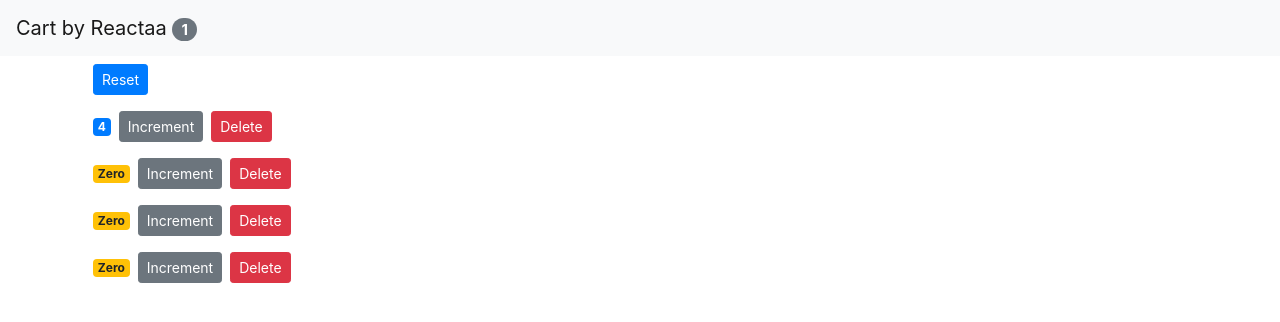
Repository: smk87/First-React-App
Page: /
These files come from the project's save history. The page is drawn as it stood at one moment and after the next save; the edit follows.
The browser window is 1280 px wide. The pictures show the whole page.
The project was rebuilt for these pictures with package versions that can differ from the ones it lists, and the page was loaded fresh each time. Also part of the build but not shown: src/App.css.

Above is the page before, as saved 2019-01-06 14:23:54.

### public/index.html
<!DOCTYPE html>
<html lang="en">
  <head>
    <meta charset="utf-8" />
    <link rel="shortcut icon" href="%PUBLIC_URL%/favicon.ico" />
    <meta
      name="viewport"
      content="width=device-width, initial-scale=1, shrink-to-fit=no"
    />
    <meta name="theme-color" content="#000000" />
    <!--
      manifest.json provides metadata used when your web app is added to the
      homescreen on Android. See https://developers.google.com/web/fundamentals/web-app-manifest/
    -->
    <link rel="manifest" href="%PUBLIC_URL%/manifest.json" />
    <!--
      Notice the use of %PUBLIC_URL% in the tags above.
      It will be replaced with the URL of the `public` folder during the build.
      Only files inside the `public` folder can be referenced from the HTML.

      Unlike "/favicon.ico" or "favicon.ico", "%PUBLIC_URL%/favicon.ico" will
      work correctly both with client-side routing and a non-root public URL.
      Learn how to configure a non-root public URL by running `npm run build`.
    -->
    <title>Cart by React</title>
  </head>
  <body>
    <noscript>You need to enable JavaScript to run this app.</noscript>
    <div id="root"></div>
    <!--
      This HTML file is a template.
      If you open it directly in the browser, you will see an empty page.

      You can add webfonts, meta tags, or analytics to this file.
      The build step will place the bundled scripts into the <body> tag.

      To begin the development, run `npm start` or `yarn start`.
      To create a production bundle, use `npm run build` or `yarn build`.
    -->
  </body>
</html>

### src/App.js
import React, { Component } from "react";
import logo from "./logo.svg";
import "./App.css";
import NavBar from "./components/navbar";
import Counters from "./components/counters";

class App extends Component {
  state = {
    counters: [
      { id: 1, value: 4 },
      { id: 2, value: 0 },
      { id: 3, value: 0 },
      { id: 4, value: 0 }
    ]
  };

  handleDelete = counterId => {
    const counters = this.state.counters.filter(c => c.id !== counterId);
    this.setState({ counters });
  };

  handleReset = () => {
    const reset = this.state.counters.map(c => {
      c.value = 0;
      return c;
    });
    this.setState({ reset });
  };

  handleIncrement = counter => {
    console.log(counter);

    const counters = [...this.state.counters];
    const index = counters.indexOf(counter);
    counters[index] = { ...counter };
    counters[index].value++;
    this.setState({ counters });
  };

  render() {
    return (
      <React.Fragment>
        <NavBar
          totalCounters={this.state.counters.filter(c => c.value > 0).length}
        />
        <main className="container">
          <Counters
            counters={this.state.counters}
            onReset={this.handleReset}
            onIncrement={this.handleIncrement}
            onDelete={this.handleDelete}
          />
        </main>
      </React.Fragment>
    );
  }
}

export default App;

### src/components/navbar.jsx
import React, { Component } from "react";

const NavBar = props => {
  return (
    <nav className="navbar navbar-light bg-light">
      <a className="navbar-brand" href="#">
        Cart by React{"aa "}
        <span className="badge badge-pill badge-secondary">
          {props.totalCounters}
        </span>
      </a>
    </nav>
  );
};

export default NavBar;

### src/components/counters.jsx
import React, { Component } from "react";
import Counter from "./counter";

class Counters extends Component {
  render() {
    const { onReset, counters, onDelete, onIncrement } = this.props;

    return (
      <div>
        <button onClick={onReset} className="btn btn-primary btn-sm m-2">
          Reset
        </button>

        {counters.map(counter => (
          <Counter
            onDelete={onDelete}
            onIncrement={onIncrement}
            key={counter.id}
            counter={counter}
          />
        ))}
      </div>
    );
  }
}

export default Counters;

### src/components/counter.jsx
import React, { Component } from "react";

class Counter extends Component {
  render() {
    return (
      <div>
        <span className={this.getBadgeClasses()}>{this.formatCount()}</span>
        <button
          onClick={() => this.props.onIncrement(this.props.counter)}
          className="btn btn-secondary btn-sm"
        >
          Increment
        </button>
        <button
          onClick={() => this.props.onDelete(this.props.counter.id)}
          className="btn btn-danger btn-sm m-2"
        >
          Delete
        </button>
      </div>
    );
  }

  getBadgeClasses() {
    let classes = "badge m-2 badge-";
    classes += this.props.counter.value === 0 ? "warning" : "primary";
    return classes;
  }

  formatCount() {
    const { value: count } = this.props.counter;
    return count === 0 ? "Zero" : count;
  }
}

export default Counter;

Loaded but not shown: src/index.js (common file); src/index.css (common file); src/serviceWorker.js (common file)

After the next save:
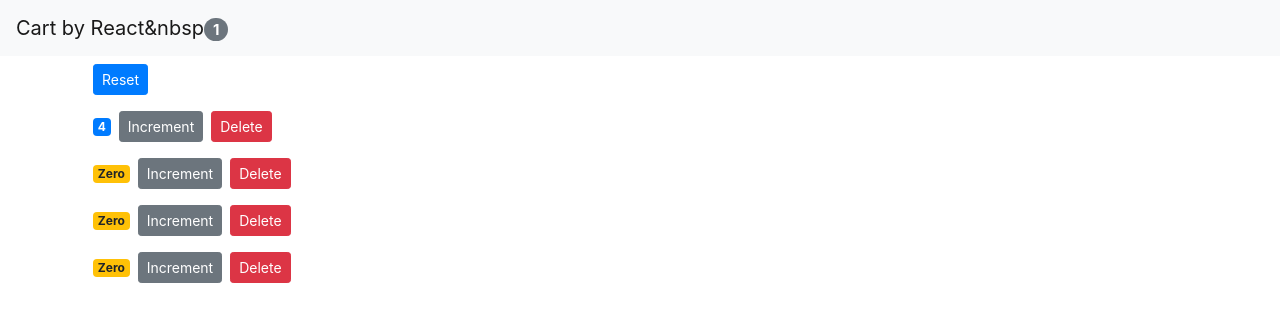
Saved 10 s later.
--- a/src/components/navbar.jsx
+++ b/src/components/navbar.jsx
@@ -4,7 +4,7 @@ const NavBar = props => {
   return (
     <nav className="navbar navbar-light bg-light">
       <a className="navbar-brand" href="#">
-        Cart by React{"aa "}
+        Cart by React{"&nbsp"}
         <span className="badge badge-pill badge-secondary">
           {props.totalCounters}
         </span>
